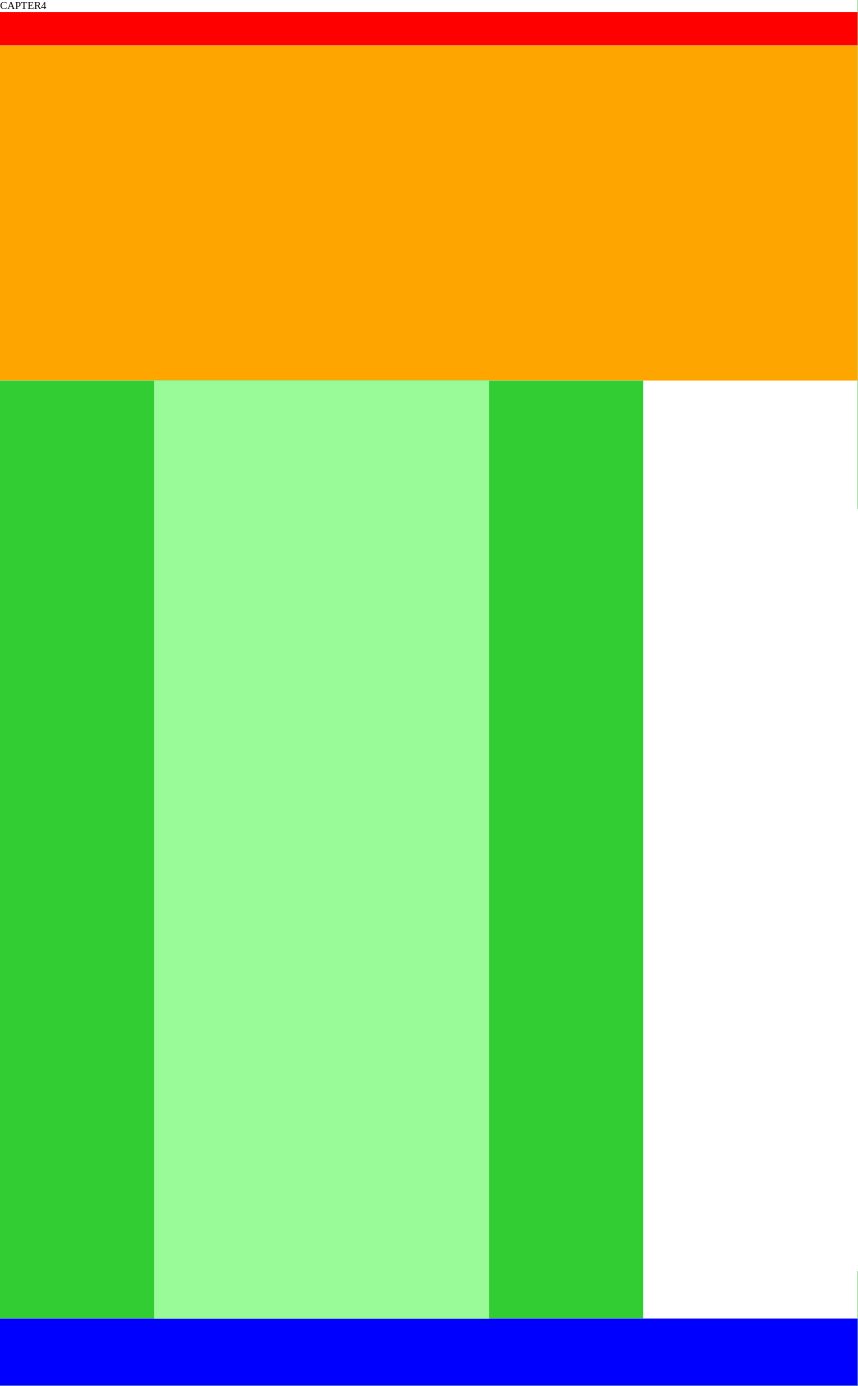
Repository: dsjanainoyo/html
Page: capter4.exercise/capter4.exercize.html
The author's editor kept a record of every edit. The page is drawn from the files as they stood at one moment, then again after the next edit.
The browser window is 1280 px wide. The pictures show the whole page, at 67% of full size.

Above is the page before.

After the next edit:
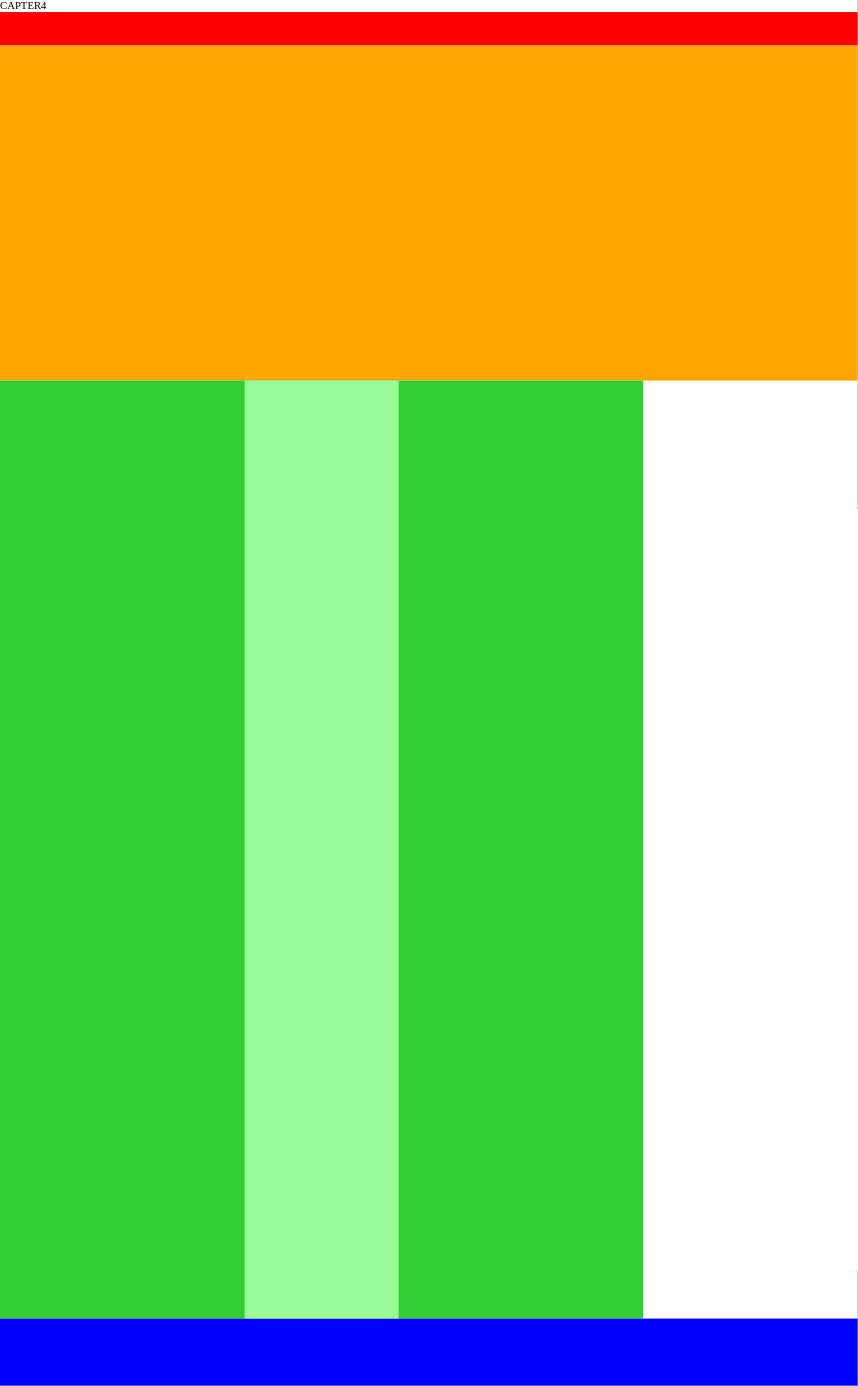
The edit:
--- a/capter4.exercise/capter4.exercise.css
+++ b/capter4.exercise/capter4.exercise.css
@@ -25,7 +25,7 @@
 }
 
 .sidebar-left{
-  width:500px;
+  width:230px;
   height:1400px;
   background-color:palegreen;
 }
